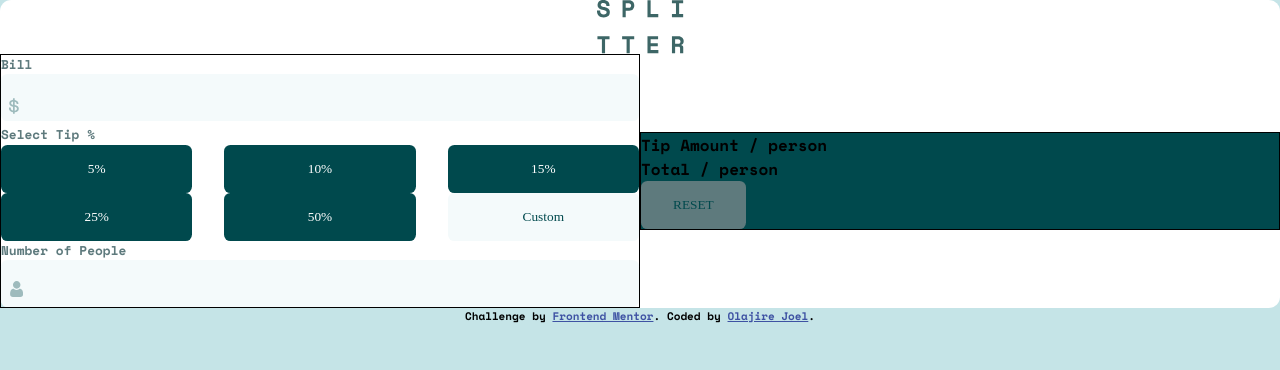
Repository: JuzzJoel/tip-calculator-app-main
Page: index.html
An editor plug-in stored every save of this project. The page is shown before and after a run of saves, followed by the edit.
The browser window is 1280 px wide. The pictures show the whole page.

Above is the page before, as saved 2025-05-25 07:56:38.

After the next 3 saves:
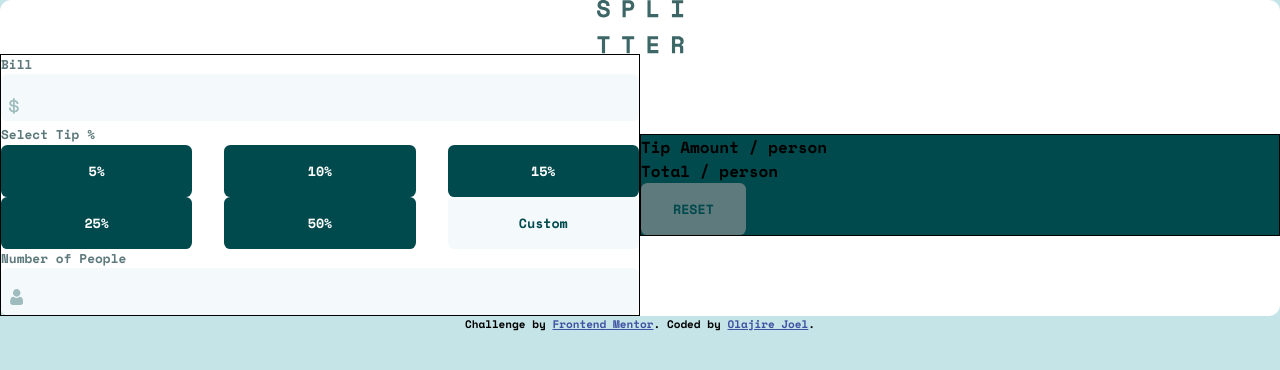
The 3 saves are shown as one change because they came seconds apart.
The last was saved 14 s later.
--- a/index.html
+++ b/index.html
@@ -95,7 +95,7 @@
       color: var(--White);
       border-radius: 0.4rem;
       font-weight: 400;
-      font-family: serif;
+      font-family: var(--ff);
     }
     .custom{
 background: var(--Grey-50);
